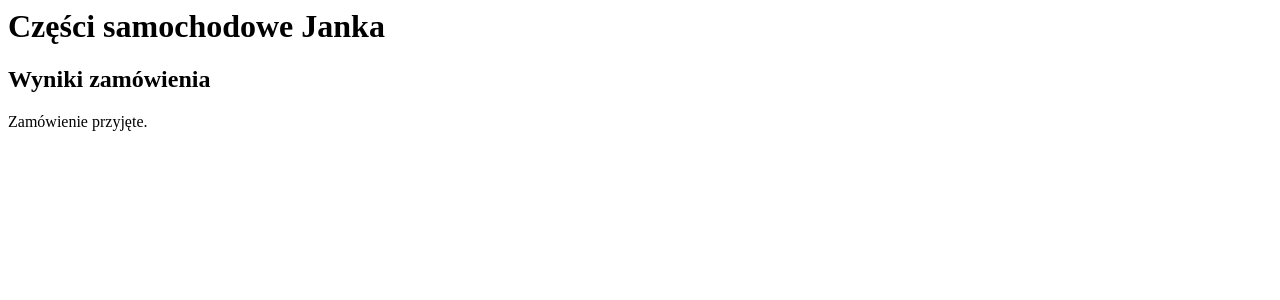
Repository: gabr/workspace
Page: http://localhost/przetworzzamowienie.php
An editor plug-in stored every save of this project. The page is shown before and after the next save, followed by the edit.
The browser window is 1280 px wide. The pictures show the whole page.
The page is run by PHP 8.4 with error messages shown; the project is at /var/www/html/.

Above is the page before, as saved 2013-02-23 17:46:01.

### php 001 - formularz/przetworzzamowienie.php
<html>
<head>
<title>Wyniki zamówienia</title>
</head>
<body>
  <h1>Części samochodowe Janka</h1>
  <h2>Wyniki zamówienia</h2>
  <?php

	echo "<p>Zamówienie przyjęte.</p>";

  ?>
</body>
</html>

After the next save:
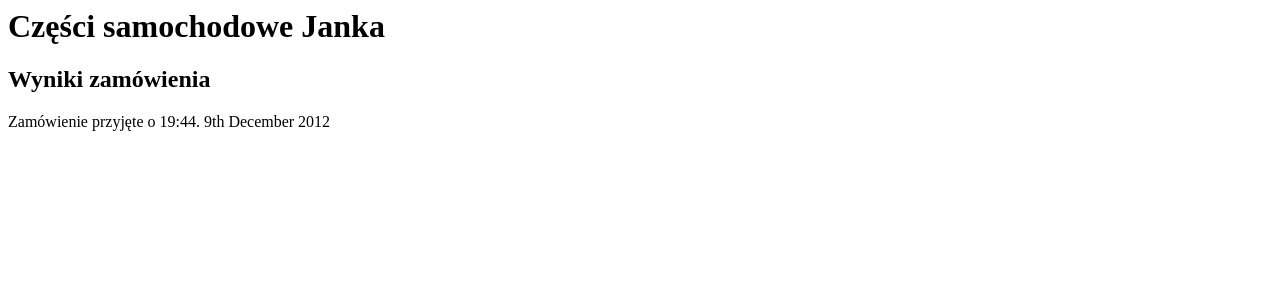
Saved 6 min 24 s later.
--- a/php 001 - formularz/przetworzzamowienie.php
+++ b/php 001 - formularz/przetworzzamowienie.php
@@ -7,7 +7,7 @@
   <h2>Wyniki zamówienia</h2>
   <?php
 
-	echo "<p>Zamówienie przyjęte.</p>";
+	echo "<p>Zamówienie przyjęte o ".date('H:i. jS F Y')."</p>";
 
   ?>
 </body>
